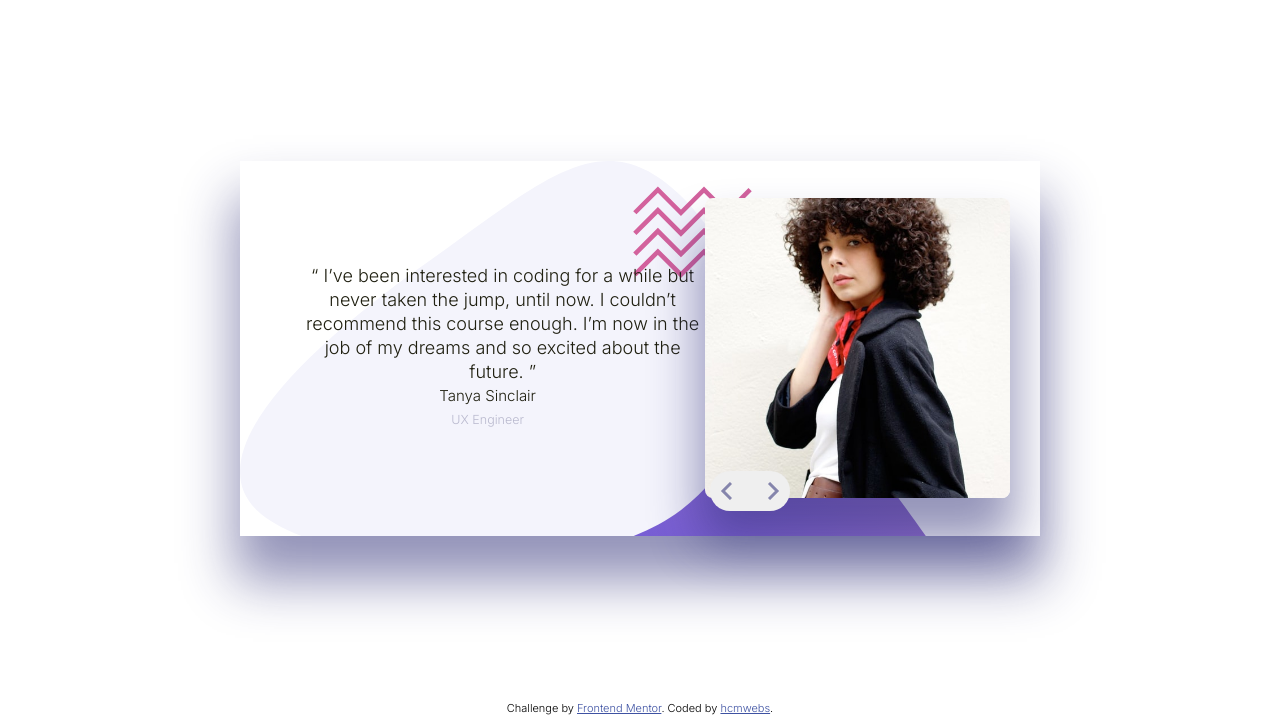
Repository: Hcmwebs/Coding-Bootcamp-Testimonials
Page: index.html
An editor plug-in stored every save of this project. The page is shown before and after the next save, followed by the edit.
The browser window is 1280 px wide. The pictures show the whole page.
The style sheet was rebuilt from its Sass, Less or Tailwind sources for each picture, by a compiler version that may differ from the author's.

Above is the page before, as saved 2020-10-31 07:42:37.

### index.html
<!DOCTYPE html>
<html lang="en">
  <head>
    <meta charset="UTF-8" />
    <meta name="viewport" content="width=device-width, initial-scale=1.0" />
    <!-- displays site properly based on user's device -->

    <link
      rel="icon"
      type="image/png"
      sizes="32x32"
      href="./images/favicon-32x32.png"
    />
    <link rel="stylesheet" href="css/main.css" />
    <title>Frontend Mentor | Coding Bootcamp Testimonials Slider</title>

    <style></style>
  </head>
  <body>
    <div class="container">
      <div class="card" id="cardOne">
        <div class="card__header">
          <img
            src="images/image-tanya.jpg"
            alt="Profile Tanya"
            id="profileTanya"
            class="card__header--profileImg"
          />
        </div>

        <button id="btnPrimary">
          <img src="images/icon-prev.svg" alt="icon-prev" />
          <img src="images/icon-next.svg" alt="icon-next" />
        </button>

        <div class="card__body">
          <h2>
            “ I’ve been interested in coding for a while but never taken the
            jump, until now. I couldn’t recommend this course enough. I’m now in
            the job of my dreams and so excited about the future. ”
          </h2>
          <div class="card__body--captionTxt">
            <p>Tanya Sinclair</p>
            <small>UX Engineer </small>
          </div>
        </div>
      </div>

      <!-- <div class="card cardTwo" id="cardTwo">
        <div class="card__header">
          <img
            src="images/image-john.jpg"
            alt="Profile John"
            id="profileJohn"
            class="card__header--profileImg"
          />
        </div>

        <button id="btnSecondary">
          <img src="images/icon-prev.svg" alt="icon-prev" />
          <img src="images/icon-next.svg" alt="icon-next" />
        </button>

        <div class="card__body">
          <h2>
            “ If you want to lay the best foundation possible I’d recommend
            taking this course. The depth the instructors go into is incredible.
            I now feel soconfident about starting up as a professional
            developer. ”
          </h2>
          <div class="card__body--captionTxt">
            <p>John Tarkpor</p>
            <small>Junior Front-end Developer</small>
          </div>
        </div>
      </div> -->
    </div>

    <div class="attribution">
      Challenge by
      <a href="https://www.frontendmentor.io?ref=challenge" target="_blank"
        >Frontend Mentor</a
      >. Coded by
      <a href="https://github.com/Hcmwebs" target="_blank">hcmwebs</a>.
    </div>
    <script src="main.js"></script>
  </body>
</html>

### main.js
const card = document.querySelectorAll('.card');
// const cardTwo = document.getElementById('cardTwo');
const container = document.querySelector('.container')
let active = false;
const btn= document.querySelectorAll('button');


for(let i = 0; i < card.length; i++ ){
btn[i].addEventListener('click', activate);
// btnSecondary.addEventListener('click', activate);
  function activate(){

    if(!active){
      card[i].classList.add('active');
      active = true;
    }
    else{
      card[i].classList.remove('active');
      active = false;
    }
  }
}

### scss/main.scss
@import url('https://fonts.googleapis.com/css2?family=Inter:wght@300;400&display=swap');

$font-stack:'Inter',
sans-serif;
$primaryColor : rgba(32, 32, 17, 1.0);
$secondaryColor : rgba(185, 185, 206, 1.0);
$boxShadowColor:rgba(36, 36, 113, 0.49);




@mixin gridCenter{
  display: grid;
  place-items: center;
}

@mixin flexCenter {
  display: flex;
  justify-content: center;
  align-items: center;

}

@mixin flexSpaceBetween {
  @include flexCenter;
  justify-content: space-between;
}


*{
  margin: 0;
  padding: 0;
  box-sizing: border-box;

}
body{
  font-family: $font-stack;
  font-size: 10px;
  font-weight: 300;
  height: 100vh;
  width: 100%;
  line-height: 24px;
  @include flexCenter;
  flex-direction: column;
}

.container{
  width: 100%;
  max-width: 375px;
  height: 100vh;
  @include flexCenter;
  grid-template-columns: 1fr;
  background-color: #fff;
  position: relative;
}
  .card{
  width: 375px;
  height: 667px;
  padding: 30px;
  @include flexSpaceBetween;
  flex-direction: column;
  background-image: url(/images/pattern-bg.svg);
  background-position: top center;
  background-size:contain;
  background-repeat: no-repeat;
  box-shadow: 0 40px 50px 5px $boxShadowColor;
  position: absolute;
  transition: all 0.85s ease-in-out;

  &__header{
    width: 315px;
    height: 300px;


    &--profileImg{
      width: 100%;
      height: 100%;
      object-fit: cover;
      border-radius: 0.5rem;
      box-shadow: 0 40px 50px 5px $boxShadowColor;
    }

  }

  button {
    width: 80px;
    height: 40px;
    padding: 10px;
    border-radius: 28px;
    border: none;
    @include flexSpaceBetween;
    position:absolute;
    top:310px
  }



  &__body{
    width: 100%;
    margin:50px 0;
    @include flexCenter;
    flex-direction: column;


    h2{
      font-size: 18px;
      font-weight: 300;
      text-align: center;
      color:$primaryColor;
    }

    &--captionTxt{
      width: 100%;
      text-align: left;
      font-size: 15px;
      font-weight: 300;
      @include flexSpaceBetween;
      flex-direction: column;


      p{
        color: $primaryColor;

      }

      small{
        color: $secondaryColor;

      }

    }

  }
}

// .card-two{
//   transform: translateX(2000px);
// }
// .card.active .cardTwo{
//   transform: translateX(0);
// }



.attribution {
  font-size: 11px;
  text-align: center;
}

.attribution a {
  color: hsl(228, 45%, 44%);
}

@media(min-width:768px){
  .container{
    max-width: 1440px;

  }
  .card{
    height: 375px;
    width: 800px;
    flex-direction: row-reverse;
    background-size: cover;

    &__header{
      width: 350px;
    }

    &__body{
      width: 500px;
      margin: 20px 0;


      h2{
        margin-left: 30px;
      }

      &--caption{
        margin-left: 50px;
        flex-direction: row;
      }

    }

  }


  button{
    right:250px
  }

}

After the next save:
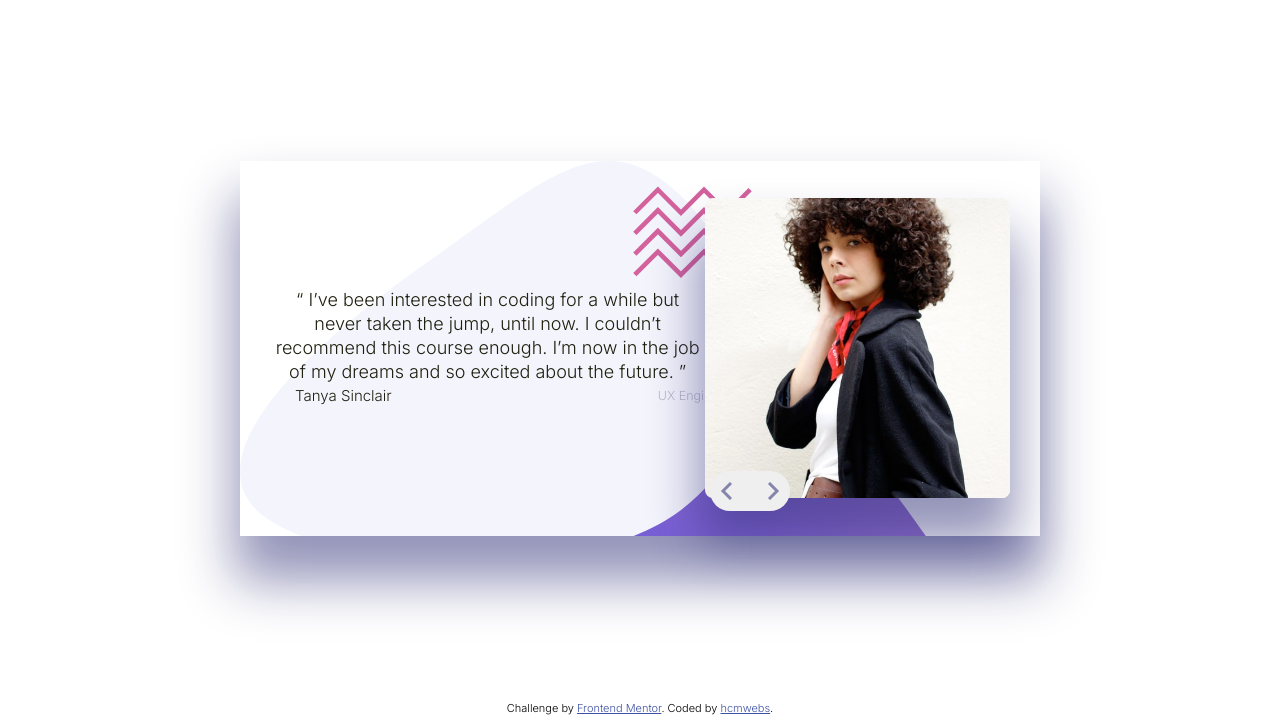
Saved 3 min 31 s later.
--- a/scss/main.scss
+++ b/scss/main.scss
@@ -171,11 +171,7 @@ body{
       margin: 20px 0;
 
 
-      h2{
-        margin-left: 30px;
-      }
-
-      &--caption{
+      &--captionTxt{
         margin-left: 50px;
         flex-direction: row;
       }
